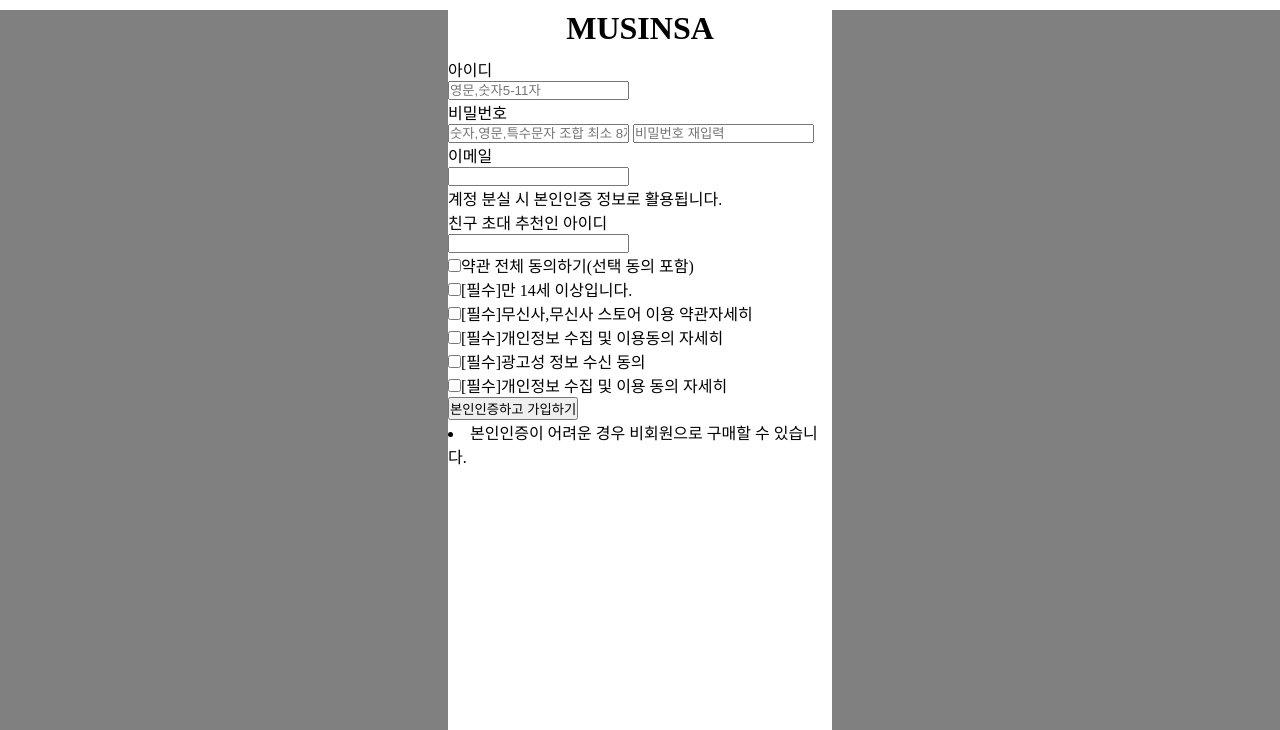
Repository: SilverSharkDeveloper/HTML-CSS-Study
Page: html/workspace/day04/WebContent/task.html
An editor plug-in stored every save of this project. The page is shown before and after the next save, followed by the edit.
The browser window is 1280 px wide. The pictures show the whole page.

Above is the page before, as saved 2023-03-13 12:16:20.

### html/workspace/day04/WebContent/task.html
<!DOCTYPE html>
<html>
<head>
<meta charset="UTF-8">
<title>무신사</title>
<style>
	*{
		margin : 0;
		padding : 0;

	}
</style>
</head>
<body>
		<div class = "container" style = "background : grey ; height :100vh">
			<div class = "container login" style ="width : 30%;height : 100%; margin : 0 auto ; background :white">
				<div>
					<header style ="text-align : center">
						<h1 style ="margin :10px 0">MUSINSA</h1>
					</header>
				</div>
				<div>
					<form>
						<div>
							아이디
						</div>
						<div>
							<input type ="text" placeholder = "영문,숫자5-11자">
						</div>
						<div>
							비밀번호
						</div>
						<div>
							<input type = "password" placeholder ="숫자,영문,특수문자 조합 최소 8자">
							<input type = "password" placeholder ="비밀번호 재입력">
						</div>
						<div>
							이메일
						</div>
						<div>
							<input type = "email">
						</div>
						<div>
							계정 분실 시 본인인증 정보로 활용됩니다.
						</div>
						<div>
							친구 초대 추천인 아이디
						</div>
						<div>
							<input type = "text">
						</div>
						<div>
							<input type = "checkbox">약관 전체 동의하기(선택 동의 포함)
						</div>
						<div>
							<div>
								<input type = "checkbox">[필수]만 14세 이상입니다.
							</div>
							<div>
							<input type = "checkbox">[필수]무신사,무신사 스토어 이용 약관자세히
							</div>
							<div>
							<input type = "checkbox">[필수]개인정보 수집 및 이용동의 자세히
							</div>
							<div>
							<input type = "checkbox">[필수]광고성 정보 수신 동의
							</div>
							<div>
							<input type = "checkbox">[필수]개인정보 수집 및 이용 동의 자세히
							</div>
						</div>
						<div>
							<button>본인인증하고 가입하기</button>
						</div>
						<div>
							<li>본인인증이 어려운 경우 비회원으로 구매할 수 있습니다.</li>
						</div>
					</form>
				</div>
			</div>
		</div>
</body>
</html>

After the next save:
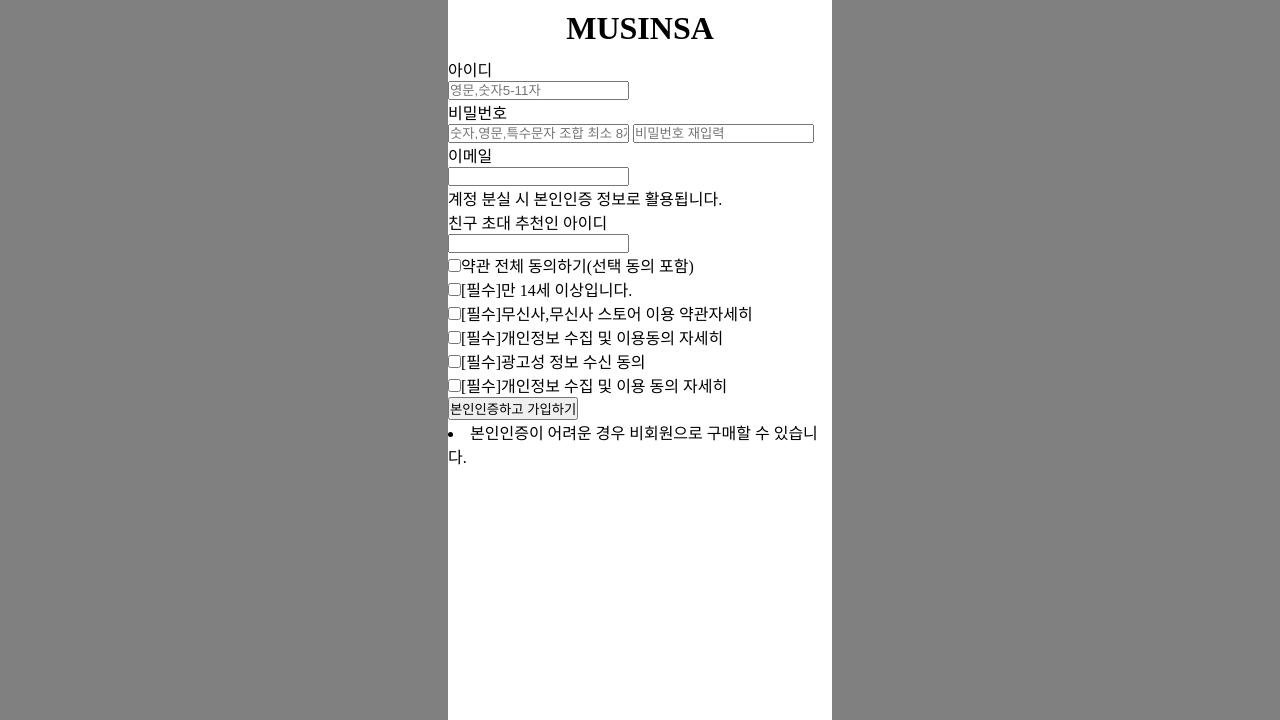
Saved 51 s later.
--- a/html/workspace/day04/WebContent/task.html
+++ b/html/workspace/day04/WebContent/task.html
@@ -15,8 +15,8 @@
 		<div class = "container" style = "background : grey ; height :100vh">
 			<div class = "container login" style ="width : 30%;height : 100%; margin : 0 auto ; background :white">
 				<div>
-					<header style ="text-align : center">
-						<h1 style ="margin :10px 0">MUSINSA</h1>
+					<header style ="text-align : center;padding: 10px 0">
+						<h1>MUSINSA</h1>
 					</header>
 				</div>
 				<div>
